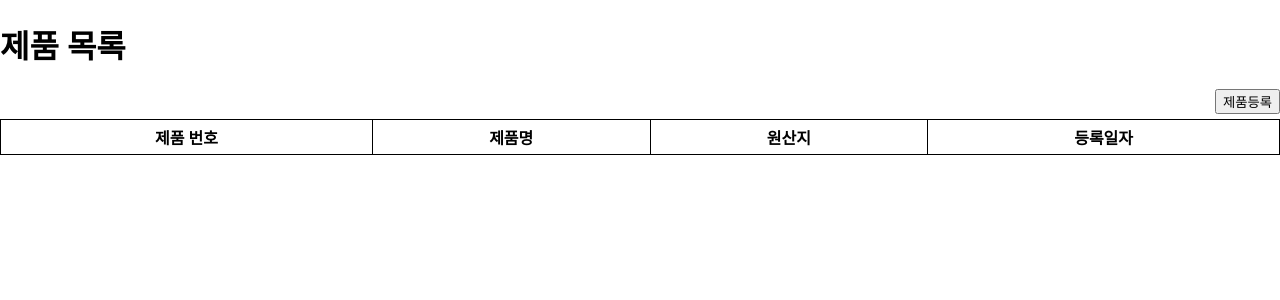
Repository: coolSummer1119/study
Page: http://localhost/ch03_Jsp/ch11_jdbc/selectTest.jsp
The author's editor kept a copy of each file at every save. The page is drawn from the files as they stood at one save, then again after the next save.
The browser window is 1280 px wide. The pictures show the whole page.
The page is served by Tomcat 9. Queries for data that is not in the repository find no rows.

Above is the page before, as saved 2024-04-26 01:09:49.

After the next save:
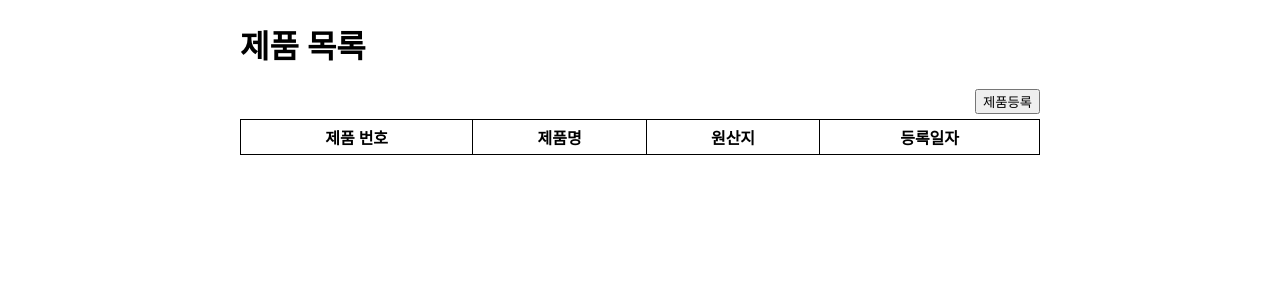
Saved 29 s later.
--- a/workspace/ch03_Jsp/src/main/webapp/ch11_jdbc/selectTest.jsp
+++ b/workspace/ch03_Jsp/src/main/webapp/ch11_jdbc/selectTest.jsp
@@ -12,7 +12,7 @@
 <title>제품 목록</title>
 <link rel="stylesheet" href="../CSS/style.css" type="text/css">
 </head>
-<body>
+<body class="page-main">
 <h1>제품 목록</h1>
 <div class="align-right">
 	<input type="button" value="제품등록" onclick="location.href='insertTestForm.jsp'">
